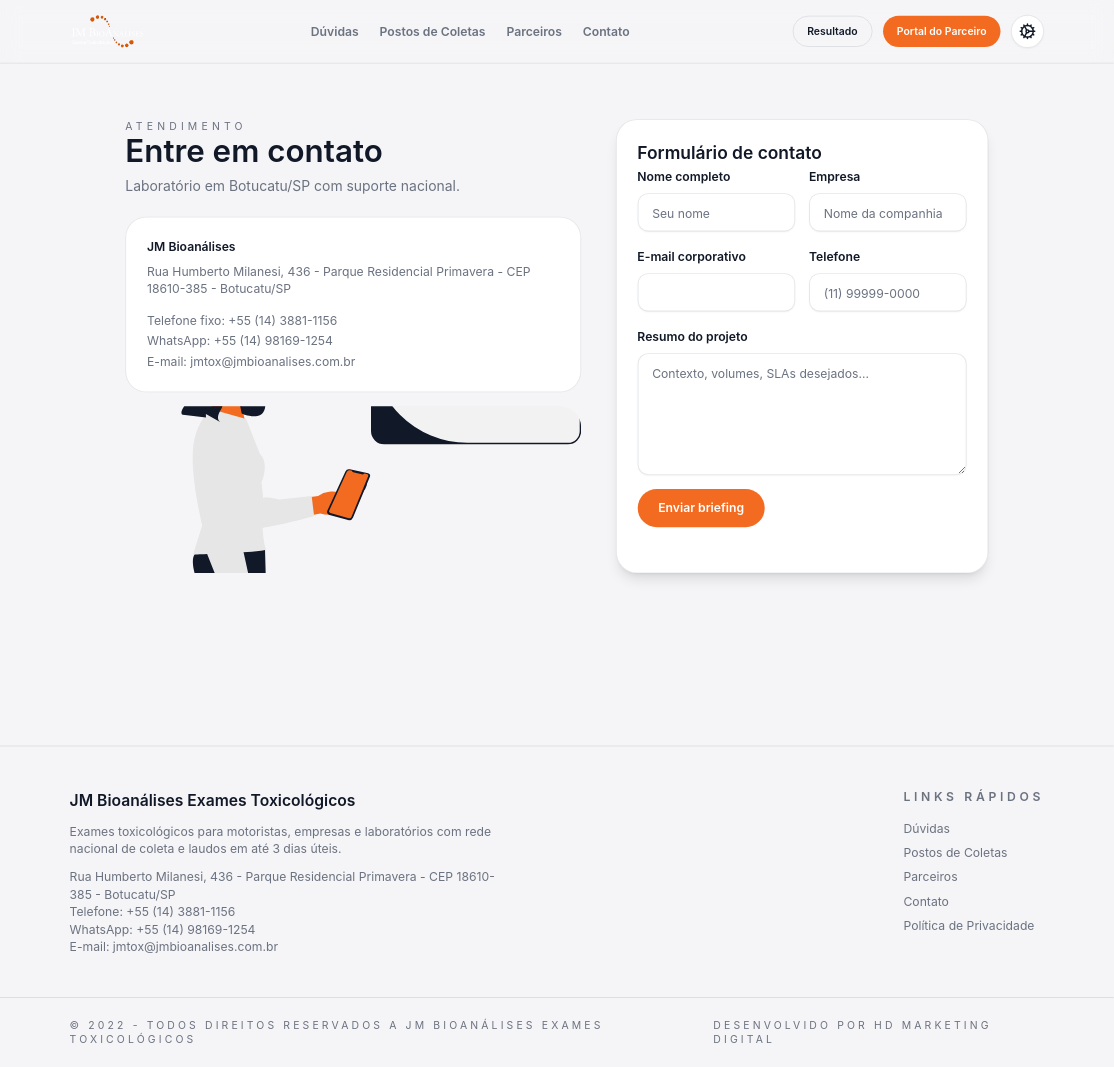
Repository: 1xLab/cat1
Page: /contato
These files come from the project's save history. The page is drawn as it stood at one moment and after the next save; the edit follows.
The browser window is 1280 px wide. The pictures show the whole page, at 87% of full size.
The page's requests for data from a server got no answer. The project was rebuilt for these pictures with package versions that can differ from the ones it lists, and the page was loaded fresh each time. The framework's server and built-in components were replaced by stand-ins that run in the browser. No one was signed in, and anything a server would have sent is missing. Also part of the build but not shown: next.config.ts.

Above is the page before, as saved 2025-11-20 08:55:27.

After the next save:
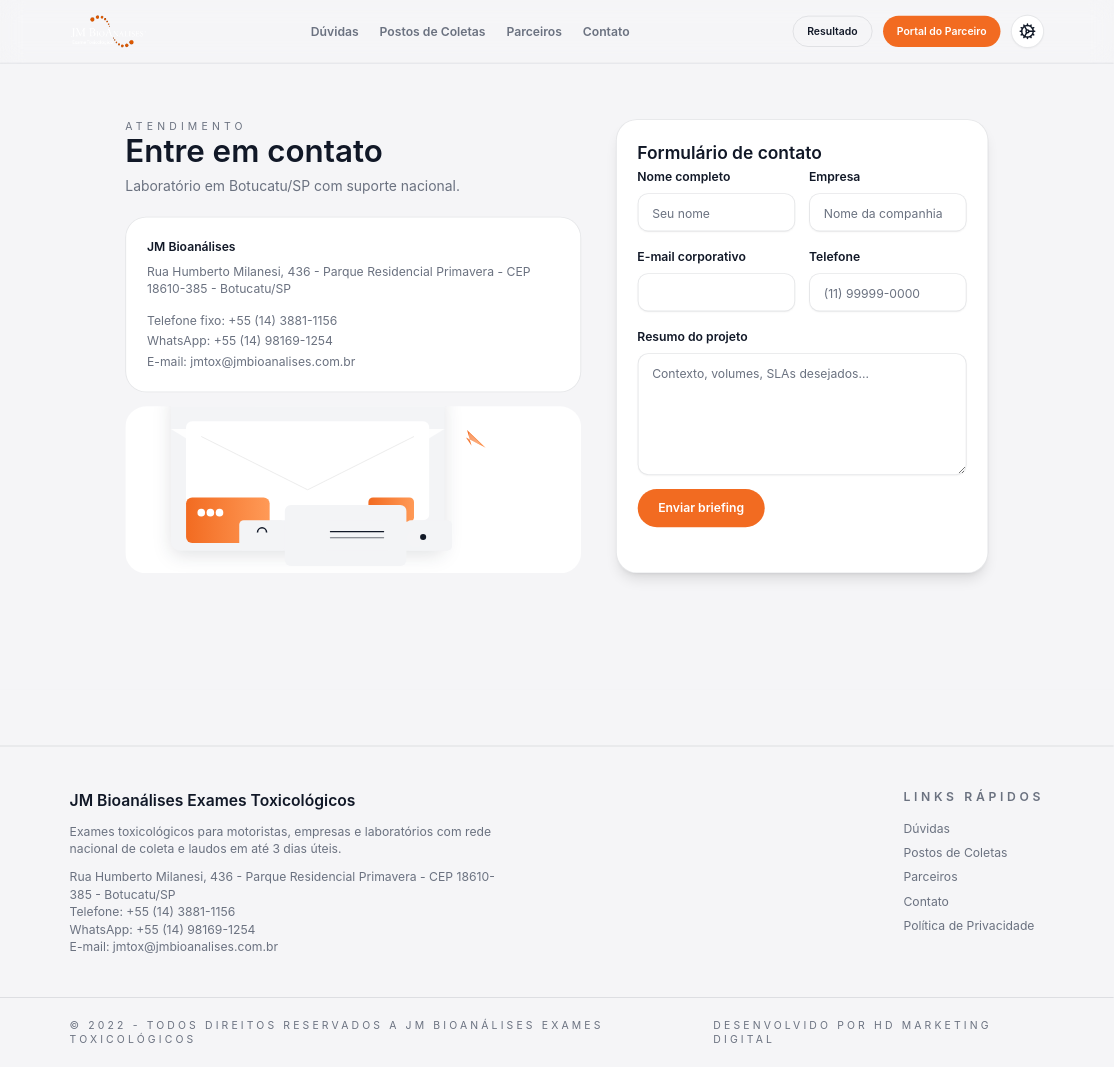
Saved 7 s later.
--- a/src/app/contato/page.tsx
+++ b/src/app/contato/page.tsx
@@ -13,7 +13,7 @@ export const metadata: Metadata = {
   title: "Contato | JM Tox",
 };
 
-const illustration = "/imagens/illustration-contato-v2.svg";
+const illustration = "/imagens/illustration-contato-v3.svg";
 
 export default function ContatoPage() {
   return (
